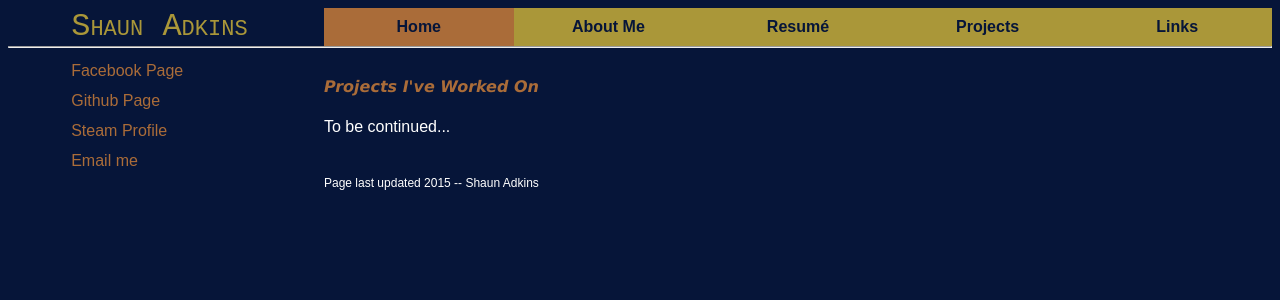
Repository: adkinsrs/sadkins_site
Page: html/projects.html
The author's editor kept a record of every edit. The page is drawn from the files as they stood at one moment, then again after the next edit.
The browser window is 1280 px wide. The pictures show the whole page.

Above is the page before.

After the next edit:
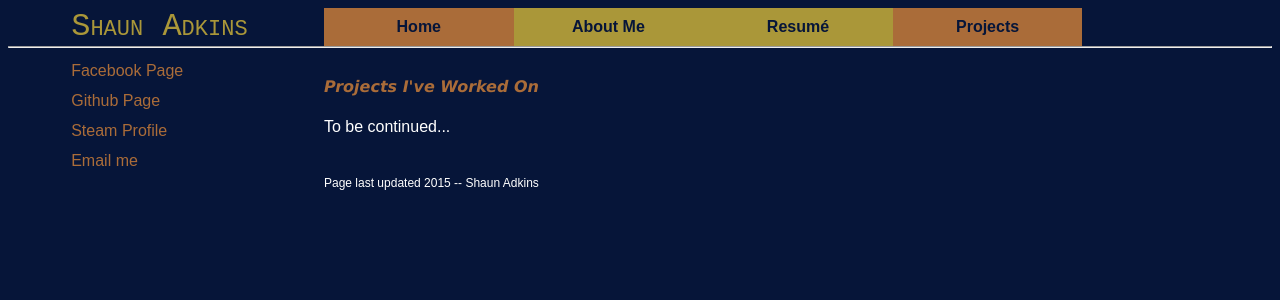
The edit:
--- a/html/projects.html
+++ b/html/projects.html
@@ -18,7 +18,7 @@
                 <li class="navmenu"><a class="current" href="./home.html">Home</a></li>
                 <li class="navmenu"><a class="otherpage" href="./about.html">About Me</a></li>
                 <li class="navmenu"><a class="otherpage" href="./resume.html">Resum&#233;</a></li>
-                <li class="navmenu"><a class="otherpage" href="./projects.html">Projects</a></li>                <li class="navmenu"><a class="otherpage" href="./links.html">Links</a></li>
+                <li class="navmenu"><a class="current" href="./projects.html">Projects</a></li>
             </ul>
         <nav>
         <hr>
